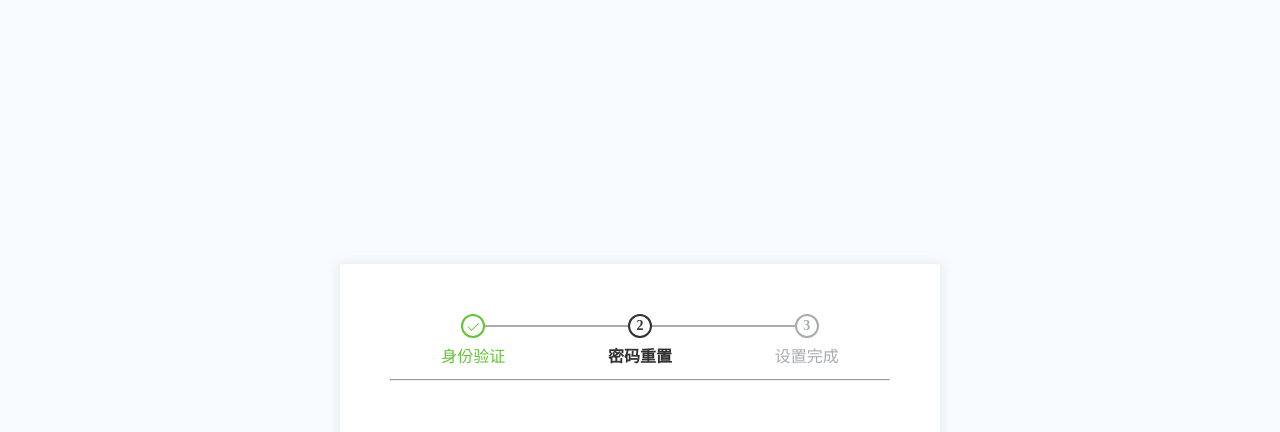
Repository: Harmony-camp/ckw-manager
Page: /#/ForgotPassword (app in manage/)
These files come from the project's save history. The page is drawn as it stood at one moment and after a run of saves; the edit follows.
The browser window is 1280 px wide. The pictures show the whole page.
The project was rebuilt for these pictures with package versions that can differ from the ones it lists, and the page was loaded fresh each time. Also part of the build but not shown: manage/vite.config.js.

Above is the page before, as saved 2023-05-27 10:19:54.

After the next 2 saves:
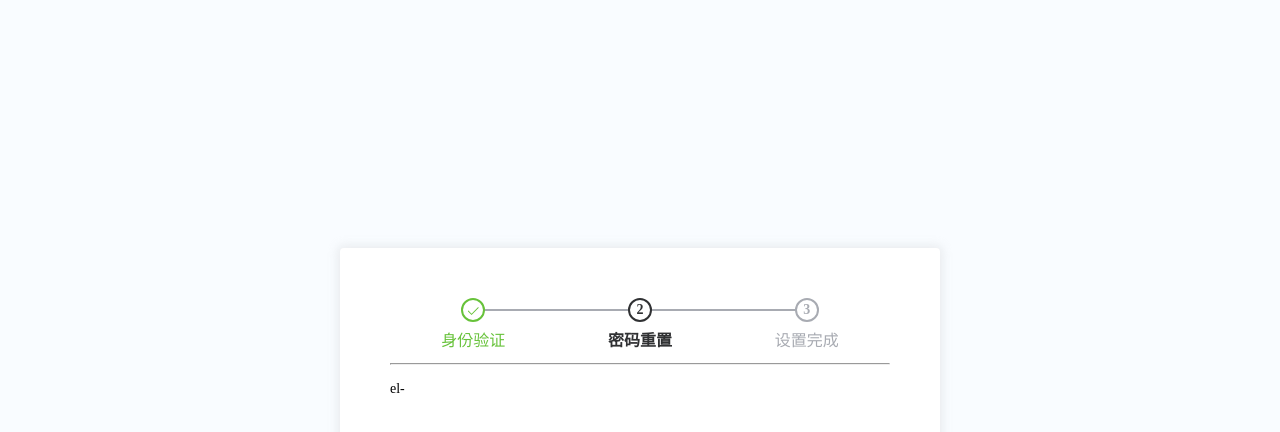
The 2 saves are shown as one change because they came seconds apart.
The last was saved 27 s later.
--- a/manage/src/views/login/ForgotPassword.vue
+++ b/manage/src/views/login/ForgotPassword.vue
@@ -11,7 +11,7 @@
         <div class="setIdentity" v-if="active == 1">
           <el-form>
             <el-form-item>
-
+              el-
             </el-form-item>
           </el-form>
         </div>
